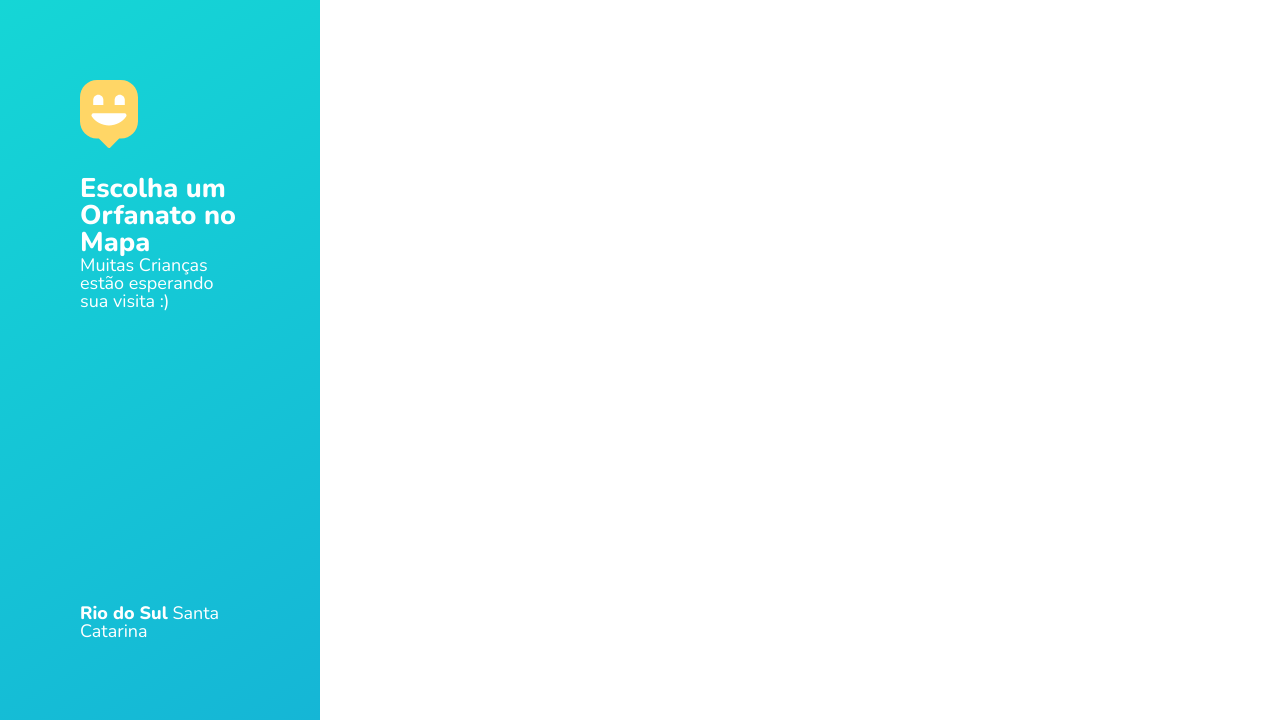
Repository: TeoNogueira/nlw3-rocketseatproject
Page: orphanages.html
An editor plug-in stored every save of this project. The page is shown before and after the next save, followed by the edit.
The browser window is 1280 px wide. The pictures show the whole page.

Above is the page before, as saved 2020-10-13 17:04:42.

After the next save:
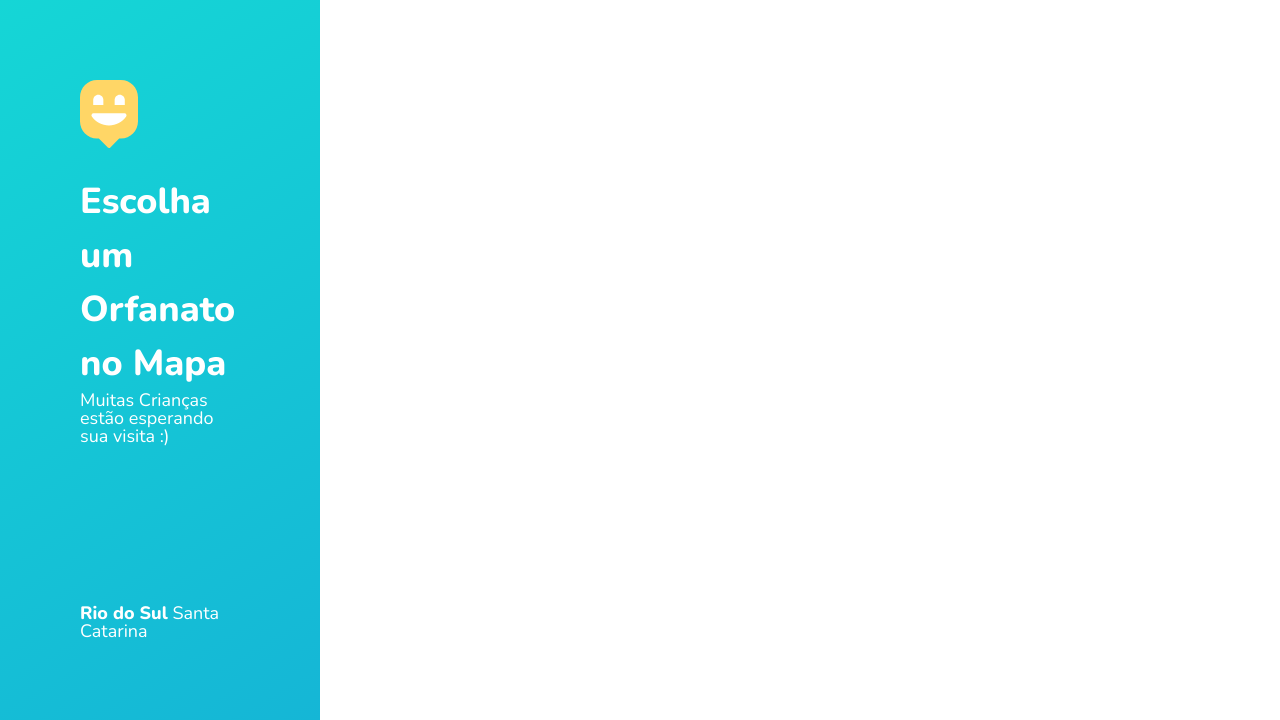
Saved 49 s later.
--- a/public/css/page-orphanages.css
+++ b/public/css/page-orphanages.css
@@ -22,6 +22,7 @@
 }
 
 aside h2 { margin-top: 2.4rem;
+    font: 800 3.6rem/1.5 'Nunito', sans-serif;
 
 
 
